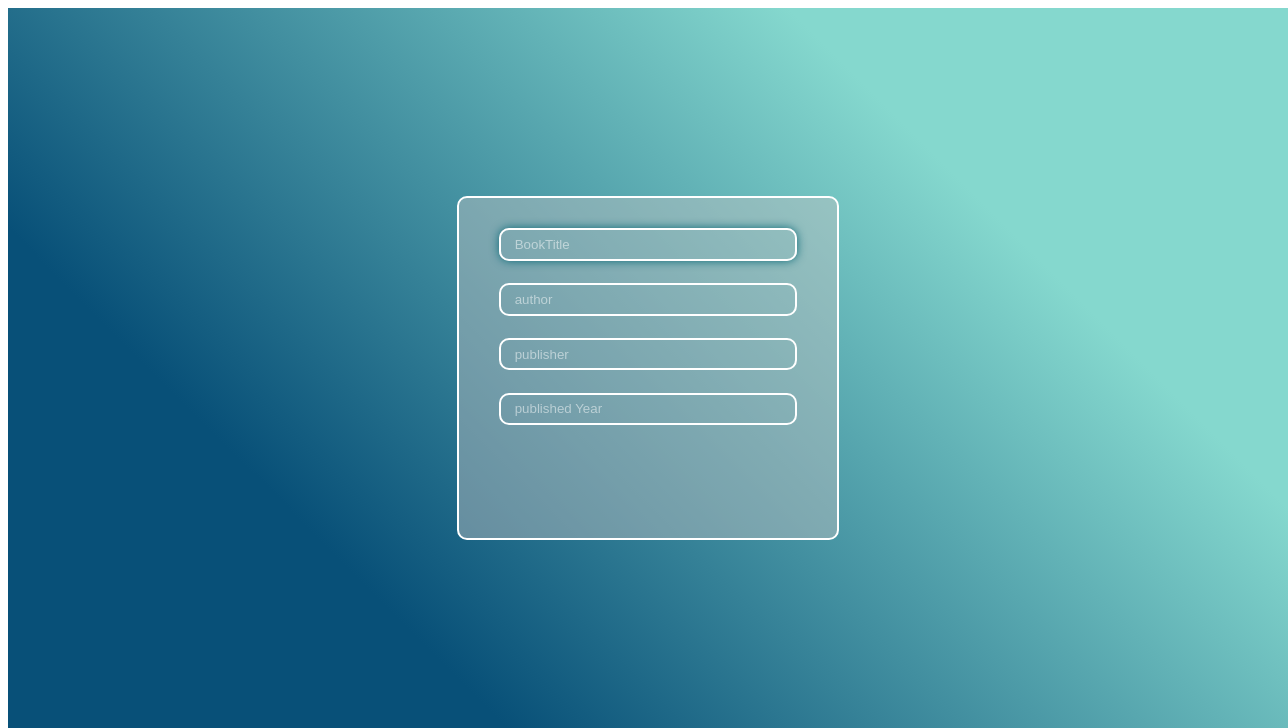
Repository: ysknsid25/mer
Page: http://localhost/library/view/regist.jsp
An editor plug-in stored every save of this project. The page is shown before and after the next save, followed by the edit.
The browser window is 1280 px wide. The page is 1288 px wide, so the pictures cover 1288 px, including what lies to the right of the window. The pictures show the whole page.
The page is served by Tomcat 9.

Above is the page before, as saved 2018-11-24 05:20:15.
Console error: ReferenceError: $ is not defined

After the next save:
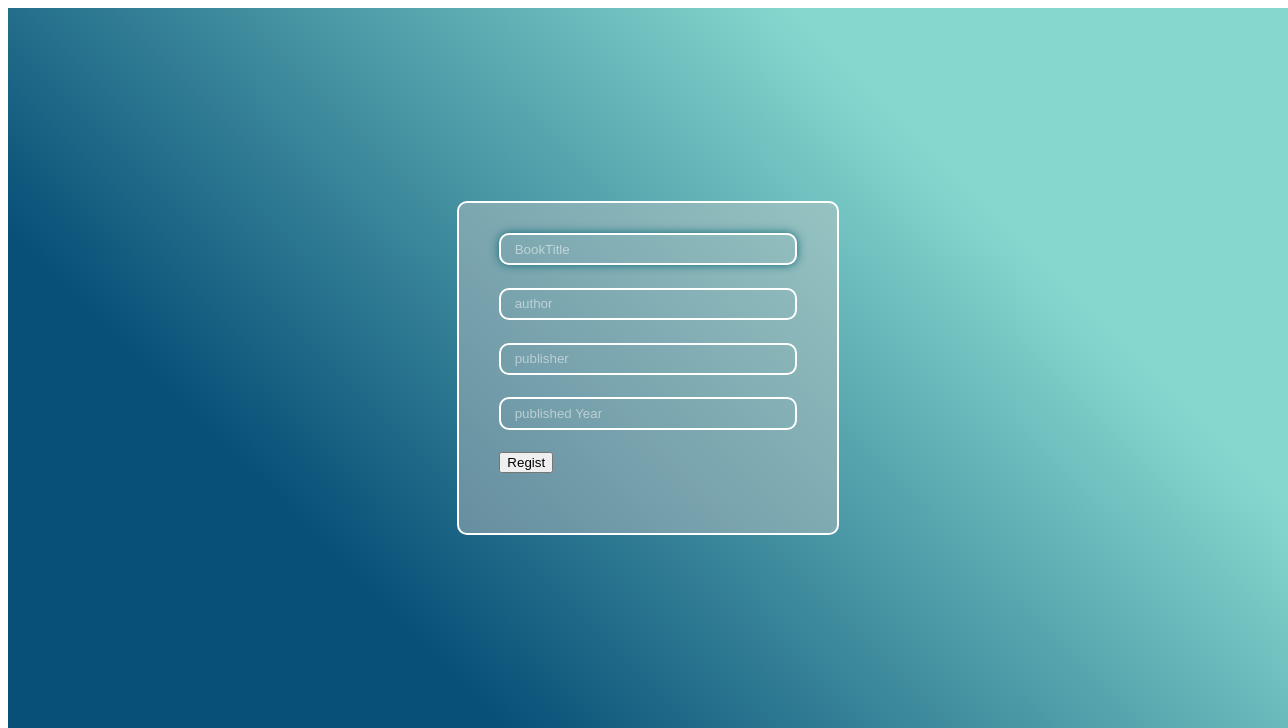
Saved 2 min 11 s later.
--- a/mer/library/WebContent/view/regist.jsp
+++ b/mer/library/WebContent/view/regist.jsp
@@ -32,9 +32,7 @@
 						<p class="note">Please enter BookTitle.</p>
 					</div>
 
-					<div>
-						<%--out.println("<p id=" + "error_message" + ">" + errorMessage(booktitleVerify) + "</p>");--%>
-					</div>
+					<div><%--out.println("<p id=" + "error_message" + ">" + errorMessage(booktitleVerify) + "</p>");--%></div>
 
 					<div>
 						<label for="form-userid">Author</label> <input type="text"
@@ -57,56 +55,47 @@
 					</div>
 					<div></div>
 
-
+					<input type="submit" name="submit" value="Regist" />
 					<div class="btn">
-							<a href="<%=StringUtil.REGISTCHECK + StringUtil.CONTROLLER%>"
-								type="submit">Regist</a>
-
-					</div>
+				<form method="post" action="<%=StringUtil.BACKTOP + StringUtil.CONTROLLER %>">
+					<a href="<%=StringUtil.BACKTOP + StringUtil.CONTROLLER%>" type="submit">To menu</a>
 					</form>
-
-					<div class="btn">
-						<form method="post"
-							action="<%=StringUtil.BACKTOP + StringUtil.CONTROLLER%>">
-							<a href="<%=StringUtil.BACKTOP + StringUtil.CONTROLLER%>"
-								type="submit">To menu</a>
-						</form>
-					</div>
+				</div>
 
 
 
-					<%!private String errorMessage(int checkNum) {
+					<%! private String errorMessage(int checkNum){
 
-		if (checkNum == StringUtil.BOOKTITLE_NULL) {
+						if(checkNum == StringUtil.BOOKTITLE_NULL){
 
-			return StringUtil.BOOKTITLE_IS_NULL;
+							return StringUtil.BOOKTITLE_IS_NULL;
 
-		} else if (checkNum == StringUtil.BOOKTITLE_LENGTH) {
+						}else if(checkNum == StringUtil.BOOKTITLE_LENGTH){
 
-			return StringUtil.BOOKTITLE_OVER_LENGTH;
+							return StringUtil.BOOKTITLE_OVER_LENGTH;
 
-		} else if (checkNum == StringUtil.AUTHOR_NULL) {
+						}else if(checkNum == StringUtil.AUTHOR_NULL){
 
-			return StringUtil.AUTHOR_IS_NULL;
+							return StringUtil.AUTHOR_IS_NULL;
 
-		} else if (checkNum == StringUtil.YEAR_OVER) {
+						}else if(checkNum == StringUtil.YEAR_OVER){
 
-			return StringUtil.PUBLISHYEAR_FUTURE;
+							return StringUtil.PUBLISHYEAR_FUTURE;
 
-		} else if (checkNum == StringUtil.NOT_NUMBER) {
+						}else if(checkNum == StringUtil.NOT_NUMBER){
 
-			return StringUtil.PUBLISHYEAR_INVALIDATE;
+							return StringUtil.PUBLISHYEAR_INVALIDATE;
 
-		}
+						}
 
-		return "";
+					return "";
 
-	}%>
+					}%>
 
 
 
 
-
+				</form>
 
 			</div>
 		</div>
